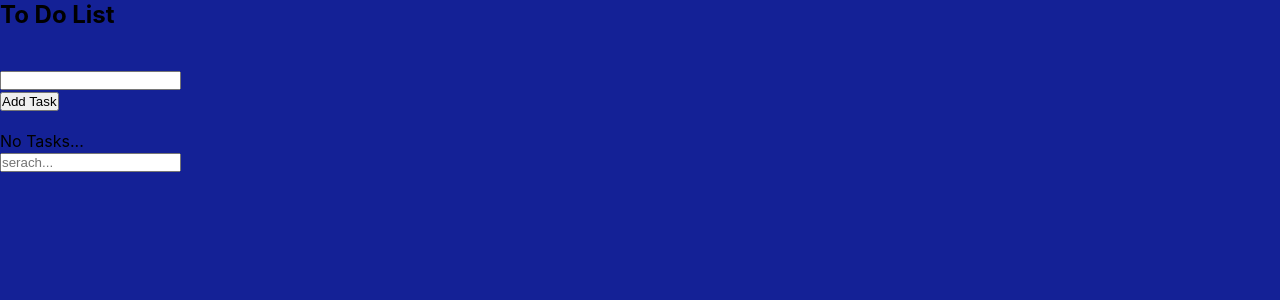
Repository: kirangautam45/ToDoList
Page: /
The author's editor kept a copy of each file at every save. The page is drawn from the files as they stood at one save, then again after the next save.
The browser window is 1280 px wide. The pictures show the whole page.
The project was rebuilt for these pictures with package versions that can differ from the ones it lists, and the page was loaded fresh each time. Also part of the build but not shown: src/components/Update.js.

Above is the page before, as saved 2022-08-07 09:20:03.

### src/App.js
import { useState } from "react";
import TodoForm from "./components/TodoForm";
import Update from "./components/Update";
import ToDo from "./components/Todo";

import "./App.css";

function App() {
  // Tasks (To Do List) State
  const [toDo, setToDo] = useState([]);
  const [newTask, setNewTask] = useState("");
  const [updateData, setUpdateData] = useState("");
  const [query, setQuery] = useState("");

  // Add task
  const addTask = () => {
    if (newTask) {
      let num = toDo.length + 1;
      let newEntry = { id: num, title: newTask, status: false };
      setToDo([...toDo, newEntry]);
      setNewTask("");
    }
  };

  // Delete task
  const deleteTask = (id) => {
    let newTasks = toDo.filter((task) => task.id !== id);
    setToDo(newTasks);
  };

  // Mark task as completed
  const markDone = (id) => {
    let newTask = toDo.map((task) => {
      if (task.id === id) {
        return { ...task, status: !task.status };
      }
      return task;
    });
    setToDo(newTask);
  };

  // Cancel update
  const cancelUpdate = () => {
    setUpdateData("");
  };

  // Change task for update
  const changeTask = (e) => {
    let newEntry = {
      id: updateData.id,
      title: e.target.value,
      status: updateData.status ? true : false,
    };
    setUpdateData(newEntry);
  };

  // Update task
  const updateTask = () => {
    let filterRecords = [...toDo].filter((task) => task.id !== updateData.id);
    let updatedObject = [...filterRecords, updateData];
    setToDo(updatedObject);
    setUpdateData("");
  };
  // search task

  return (
    <div className="container App">
      <h2>To Do List</h2>
      <br />
      <br />

      {updateData && updateData ? (
        <Update
          updateData={updateData}
          changeTask={changeTask}
          updateTask={updateTask}
          cancelUpdate={cancelUpdate}
        />
      ) : (
        <TodoForm newTask={newTask} setNewTask={setNewTask} addTask={addTask} />
      )}

      {toDo && toDo.length ? "" : "No Tasks..."}

      <ToDo
        toDo={toDo}
        markDone={markDone}
        setUpdateData={setUpdateData}
        deleteTask={deleteTask}
      />
      <input
        className="search"
        placeholder="serach..."
        onChange={(e) => setQuery(e.target.value.toLowerCase())}
      />
      <ul className="list">
        {toDo
          .filter((search) => search.toDo.toLowerCase().includes(query))
          .map((toDo) => (
            <li className="listItem" key={toDo.id}>
              {toDo.title}
            </li>
          ))}
      </ul>
    </div>
  );
}

export default App;

### src/components/TodoForm.js
import React from "react";

const TodoForm = ({ newTask, setNewTask, addTask }) => {
  return (
    <div>
      <div className="row">
        <div className="col">
          <input
            value={newTask}
            onChange={(e) => setNewTask(e.target.value)}
            className="form-control form-control-lg"
          />
        </div>
        <div className="col-auto">
          <button onClick={addTask} className="btn btn-lg btn-success">
            Add Task
          </button>
        </div>
      </div>
      <br />
    </div>
  );
};

export default TodoForm;

### src/components/Todo.js
import React from "react";
import { FontAwesomeIcon } from "@fortawesome/react-fontawesome";
import {
  faCircleCheck,
  faPen,
  faTrashCan,
} from "@fortawesome/free-solid-svg-icons";
const Todo = ({ toDo, markDone, setUpdateData, deleteTask }) => {
  return (
    <div>
      {toDo &&
        toDo
          .sort((a, b) => (a.id > b.id ? 1 : -1))
          .map((task, index) => {
            return (
              <React.Fragment key={task.id}>
                <div className="col taskBg">
                  <div className={task.status ? "done" : ""}>
                    <span className="taskNumber">{index + 1}</span>
                    <span className="taskText">{task.title}</span>
                  </div>
                  <div className="iconsWrap">
                    <span
                      title="Completed / Not Completed"
                      onClick={(e) => markDone(task.id)}
                    >
                      <FontAwesomeIcon icon={faCircleCheck} />
                    </span>

                    {task.status ? null : (
                      <span
                        title="Edit"
                        onClick={() =>
                          setUpdateData({
                            id: task.id,
                            title: task.title,
                            status: task.status ? true : false,
                          })
                        }
                      >
                        <FontAwesomeIcon icon={faPen} />
                      </span>
                    )}

                    <span title="Delete" onClick={() => deleteTask(task.id)}>
                      <FontAwesomeIcon icon={faTrashCan} />
                    </span>
                  </div>
                </div>
              </React.Fragment>
            );
          })}
    </div>
  );
};

export default Todo;

### src/App.css
* {
  box-sizing: border-box;
  margin: 0;
  padding: 0;
  justify-content: center;
  align-items: center;
}

body {
  background: rgb(20, 33, 150)
}
.todo-app {
  display: flex;
  flex-direction: column;
  justify-content: start;
  width: 520px;
  min-height: 600px;
  background: #161a2b;
  text-align: center;
  margin: 128px auto;
  border-radius: 10px;
  padding-bottom: 32px;
}

h1 {
  margin: 32px 0;
  color: #fff;
}

.complete {
  text-decoration: line-through;
  opacity: 0.8;
}

.todo-form {
  margin-bottom: 50px;
}

.todo-input {
  padding: 14px 32px 14px 16px;
  border-radius: 4px 0 0 4px;
  border: 2px solid #5d0cff;
  outline: none;
  width: 450px;
  background: transparent;
  color: #fff;
}

.todo-input::placeholder {
  color: #e2e2e2;
}

.todo-button {
  padding: 16px;
  border: none;
  border-radius: 0 4px 4px 0;
  cursor: pointer;
  outline: none;
  background: linear;
  color: rgb(225, 40, 12);
  text-transform: capitalize;
}

.todo-input.edit {
  border: 2px solid #149fff;
}

.todo-button.edit {
  background: rgba(17, 122, 255, 1);
  padding: 16px 22px;
}

.todo-container {
  display: flex;
  flex-direction: row;
  position: relative;
}

.todo-row {
  display: flex;
  justify-content: space-between;
  align-items: center;
  margin: 4px auto;
  color: #fff;
  background:
    rgb(171, 197, 175) ;

  padding: 16px;
  border-radius: 5px;
  width: 90%;
}



.icons {
  display: flex;
  align-items: center;
  font-size: 24px;
  cursor: pointer;
}

.delete-icon {
  margin-right: 5px;
  color: #fff;
}

.edit-icon {
  color: #fff;
}

Loaded but not shown: public/index.html (common file); src/index.js (common file); src/index.css (common file); src/reportWebVitals.js (common file)

After the next save:
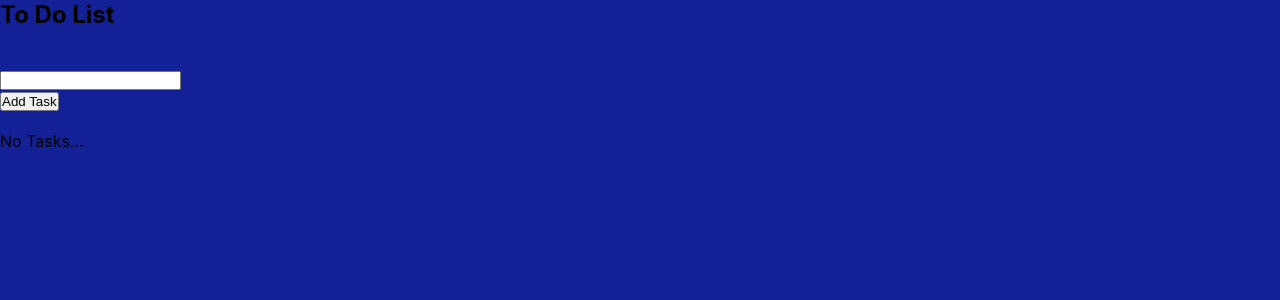
Saved 4 s later.
--- a/src/App.js
+++ b/src/App.js
@@ -88,20 +88,7 @@ function App() {
         setUpdateData={setUpdateData}
         deleteTask={deleteTask}
       />
-      <input
-        className="search"
-        placeholder="serach..."
-        onChange={(e) => setQuery(e.target.value.toLowerCase())}
-      />
-      <ul className="list">
-        {toDo
-          .filter((search) => search.toDo.toLowerCase().includes(query))
-          .map((toDo) => (
-            <li className="listItem" key={toDo.id}>
-              {toDo.title}
-            </li>
-          ))}
-      </ul>
+
     </div>
   );
 }
